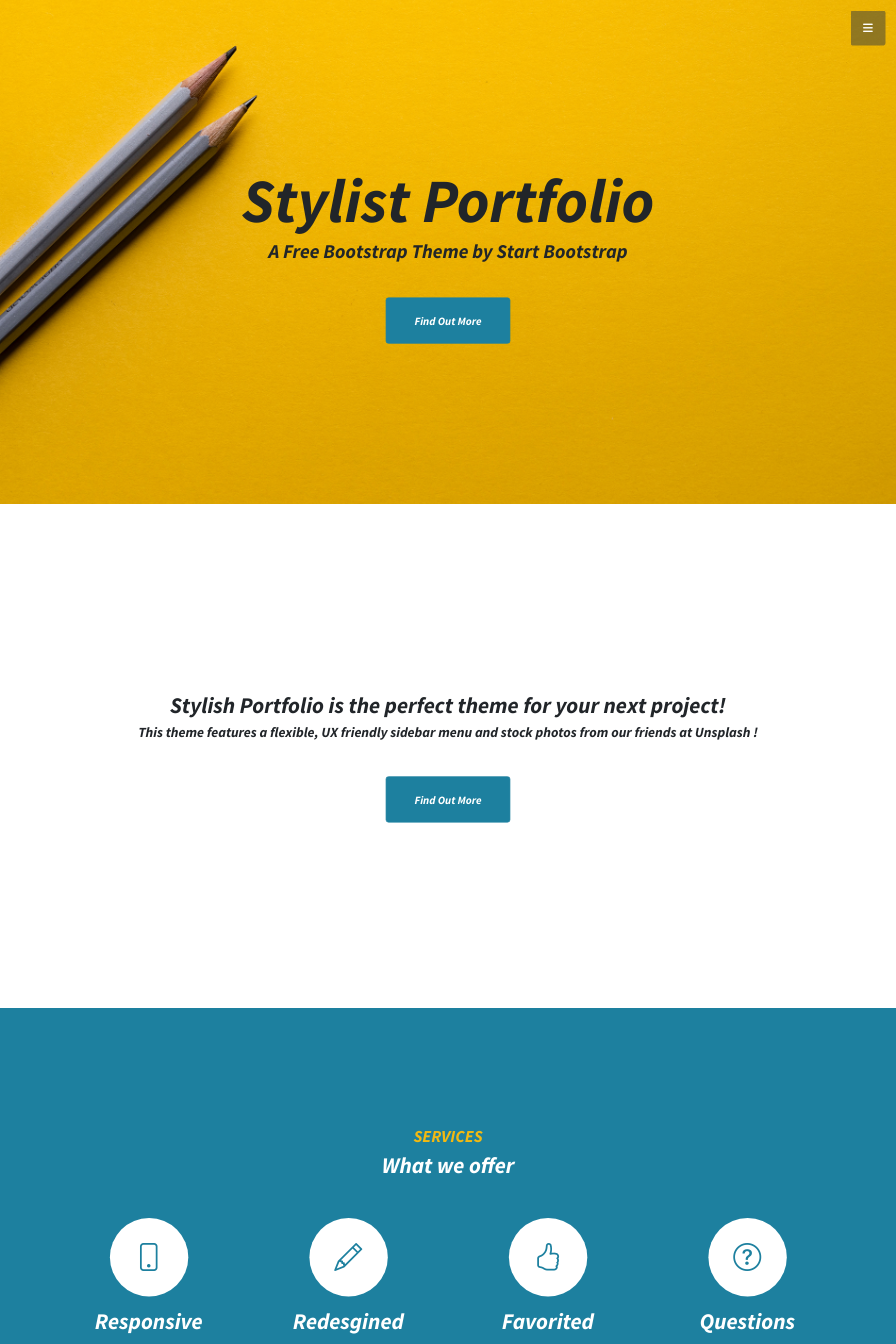
Repository: hoangpino/VE_FE_FrameWork_005
Page: lab06/index.html
These files come from the project's save history. The page is drawn as it stood at one moment and after the next save; the edit follows.
The browser window is 1280 px wide. The pictures show the part of the page from y = 0 to 1920 px (the page is 3900 px tall), at 70% of full size.
Backgrounds fixed to the window are drawn as part of the page.

Above is the page before, as saved 2021-10-05 19:35:33.

### lab06/index.html
<!DOCTYPE html>
<html lang="en">

<head>
    <meta charset="UTF-8">
    <meta http-equiv="X-UA-Compatible" content="IE=edge">
    <meta name="viewport" content="width=device-width, initial-scale=1.0">
    <title>Portfolio</title>
    <link rel="stylesheet" href="./css/style.css" type="text/css" />
    <link rel="icon" href="./img/schools.png" />
    <link href="https://cdn.jsdelivr.net/npm/bootstrap@5.1.1/dist/css/bootstrap.min.css"
        rel="stylesheet"
        integrity="sha384-F3w7mX95PdgyTmZZMECAngseQB83DfGTowi0iMjiWaeVhAn4FJkqJByhZMI3AhiU"
        crossorigin="anonymous" />
    <link rel="stylesheet"
        href="https://cdnjs.cloudflare.com/ajax/libs/font-awesome/6.0.0-beta2/css/all.min.css" />
    <link rel="preconnect" href="https://fonts.googleapis.com">
    <link rel="preconnect" href="https://fonts.gstatic.com" crossorigin>
    <link
        href="https://fonts.googleapis.com/css2?family=Source+Sans+Pro:ital,wght@1,700&display=swap"
        rel="stylesheet" />
    <link rel="stylesheet"
        href="https://cdn.jsdelivr.net/npm/bootstrap-icons@1.5.0/font/bootstrap-icons.css">
</head>

<body>
    <a href="" class="menu-toggle rounded" hef="#" data-bs-toggle="offcanvas"
        data-bs-target="#offcanvas-right" aria-controls="offcanvas-right">
        <i class="fas fa-bars"></i>
    </a>
    <div class="offcanvas offcanvas-end" tabindex="-1" aria-labelledby="offcanvas-right-lable"
        id="offcanvas-right">
        <div class="offcanvas-header">
            <h5 id="offcanvas-right-label">Start Bootstrap</h5>
            <button type="button" class="btn-close btn-close-white text-reset"
                data-bs-dismiss="offcanvas" aria-label="Close"></button>
        </div>
        <div class="offcanvas-body">
            <ul class="sidebar-nav">
                <li class="sidebar-nav-item"><a href="#home">Home</a></li>
                <li class="sidebar-nav-item"><a href="#about">About</a></li>
                <li class="sidebar-nav-item"><a href="#services">Services</a></li>
                <li class="sidebar-nav-item"><a href="#callout">Callout</a></li>
                <li class="sidebar-nav-item"><a href="#portfolio">Portfolio</a></li>
                <li class="sidebar-nav-item"><a href="#">Contacts</a></li>
            </ul>
        </div>
    </div>

    <!-- Header -->
    <header class="d-flex align-items-center" id="home">
        <div class="container text-center">
            <h1 class="m-1">Stylist Portfolio</h1>
            <h3 class="mb-5">A Free Bootstrap Theme by Start Bootstrap </h3>
            <a href="" class="btn btn-primary btn-xl">Find Out More</a>
        </div>
    </header>

    <!-- About -->
    <section class="d-flex align-items-center" id="about">
        <div class="container text-center">
            <h2 class="m-1">Stylish Portfolio is the perfect theme for your next project!</h2>
            <p class="mb-5">This theme features a flexible, UX friendly sidebar menu and stock
                photos from our friends at Unsplash !</p>
            <a href="" class="btn btn-primary btn-xl">Find Out More</a>
        </div>
    </section>

    <!-- Services -->
    <section class="d-flex align-items-center" id="services">
        <div class="container text-center">
            <div class="section-header">
                <h4>Services</h4>
                <h2>What we offer</h2>
            </div>
            <div class="row">
                <div class="col-lg-3 col-md-6 mt-5">
                    <span class="services-icon mx-auto mb-3"><i class="bi bi-phone"></i></span>
                    <h2>Responsive</h2>
                    <p>Looks great on any screent size!</p>
                </div>
                <div class="col-lg-3 col-md-6 mt-5">
                    <span class="services-icon mx-auto mb-3"><i class="bi bi-pencil"></i></span>
                    <h2>Redesgined</h2>
                    <p>Freshly Redesgined for Bootstrap</p>
                </div>
                <div class="col-lg-3 col-md-6 mt-5">
                    <span class="services-icon mx-auto mb-3"><i
                            class="bi bi-hand-thumbs-up"></i></span>
                    <h2>Favorited</h2>
                    <p>Millions of users &hearts; Start Bootstrap!</p>
                </div>
                <div class="col-lg-3 col-md-6 mt-5">
                    <span class="services-icon mx-auto mb-3"><i
                            class="bi bi-question-circle"></i></span>
                    <h2>Questions</h2>
                    <p>Mustache you a question</p>
                </div>
            </div>
        </div>
    </section>

    <!-- Callout -->
    <section class="d-flex aglin-items-center" id="callout">
        <div class="container px-4 px-lg-5 text-center">
            <h1 class="mb-5">Wellcome to <em>you</em> next website</h1>
            <a href="#" class="btn btn-primary btn-xl">Download now</a>
        </div>
    </section>

    <!-- Portfolior -->
    <section class="d-flex align-items-center" id="portfolio">
        <div class="container px-4 px-lg-5 text-center">
            <div class="section-heading">
                <h4 class="m-1">Portfolio</h4>
                <h2 class="mb-5">Recent Projects</h2>
            </div>
            <div class="row gx-0">
                <div class="col-lg-6">
                    <a href="#" class="portfolio-item">
                        <div class="caption">
                            <div>Stationary</div>
                            <p>A yellow pencil with envelopes on a clean, blue backdrop.</p>
                        </div>
                        <img src="./img/portfolio-1.jpg">
                    </a>
                </div>
                <div class="col-lg-6">
                    <a href="#" class="portfolio-item">
                        <div class="caption">
                            <div>Ice Cream</div>
                            <p>A dark blue background with a colored pencil, a clip, and a tiny ice
                                cream cone!</p>
                        </div>
                        <img src="./img/portfolio-2.jpg">
                    </a>
                </div>
                <div class="col-lg-6">
                    <a href="#" class="portfolio-item">
                        <div class="caption">
                            <div>Strawberries</div>
                            <p>Strawberries are such a tasty snack, especially with a little sugar
                                on top!</p>
                        </div>
                        <img src="./img/portfolio-3.jpg">
                    </a>
                </div>
                <div class="col-lg-6">
                    <a href="#" class="portfolio-item">
                        <div class="caption">
                            <div>Workspace</div>
                            <p>A yellow workspace with some scissors, pencils, and other objects</p>
                        </div>
                        <img src="./img/portfolio-4.jpg">
                    </a>
                </div>
            </div>
        </div>
    </section>

    <script src="https://cdn.jsdelivr.net/npm/bootstrap@5.1.1/dist/js/bootstrap.bundle.min.js"
        integrity="sha384-/bQdsTh/da6pkI1MST/rWKFNjaCP5gBSY4sEBT38Q/9RBh9AH40zEOg7Hlq2THRZ"
        crossorigin="anonymous"></script>
</body>

</html>

### lab06/css/style.css
:root {
    --color-green: #1d809f;
    --color-green-dark:rgb(15, 64, 78);
    --color-dark:#343a40;
    --color-yellow: #f2b912;
}

body {
    font-family: 'Source Sans Pro', sans-serif !important;
}

* {
    margin: 0;
    padding: 0;
}
.menu-toggle {
    position: fixed;
    width: 50px;
    height: 50px;
    color: #fff;
    background-color: rgba(52,58,64,0.5);
    text-align: center;
    line-height: 50px;
    right: 15px;
    top: 15px;
}

.menu-toggle:hover {
    background-color: var(--color-dark);
    color: #fff;
}

.offcanvas {
    background-color: var(--color-green) !important;
    color: #fff;
    width: 250px;

}

.offcanvas ul {
    list-style: none;
    margin : 0;
    padding: 0;
}

.offcanvas a {
    color: #fff;
    display: block;
    padding: 15px;
    text-decoration: none;

}

.offcanvas a:hover {
    background-color: rgba(52, 58, 64, 0.2);
    color: #fff;
}

.offcanvas-body {
    padding: 0 !important;
    margin: 0;

}

.offcanvas-header {
    background-color: rgba(52, 58, 64, 0.1);
}

header {
    background: url(../img/bg-masthead.jpg);
    background-repeat: none;
    background-position: center center;
    background-size: cover;
    min-height: 100vh;
}

h1 {
    font-weight: 700 !important;
    font-size: 5.5rem !important;
}

h2 {
    font-weight: 700 !important;
    font-style: 2.0rem !important;
}

h3 {
    font-weight: 700 !important;
    font-style: 1.75rem !important;
    font-style: italic;
}

h4 {
    font-weight: 700;
    font-size: 1.0rem;
    text-transform: uppercase;
    color: var(--color-yellow);
}

p {
    font-weight: 300 !important;
    font-size: 1.25em;
}

.btn-primary {
    background-color: var(--color-green) !important;
    border-color: var(--color-green) !important;
}

.btn-primary:active, .btn-primary:hover {
    background-color: var(--color-green-dark) !important;
    border-color: var(--color-green-dark) !important;
}

.btn-xl {
    padding: 1.25em 2.5em !important;
}

#about {
    min-height: 100vh;
}

#services {
    min-height: 100vh;
    background-color: var(--color-green);
    color: #fff;
}

.services-icon {
    background-color:#fff !important;
    color: var(--color-green);
    height:7rem;
    width: 7rem;
    display: block;
    line-height: 7rem;
    text-align: center;
    font-size: 2.5em;
    border-radius: 50%;
}

#callout {
    min-height: 100vh;
    background: url(../img/bg-callout.jpg);
    background-repeat: none;
    background-position: top center;
    background-size: cover;
    background-attachment: fixed;
}

#portfolio {
    min-height: 100vh;
    padding: 100px 0;
}

.portfolio-item {
    margin: 0;
    text-decoration: none;
    display: block;
    position: relative;
    overflow: hidden;
}

.portfolio-item img {
    transition: clip-path 0.25s ease-out, -webkit-transform 0.25s ease-out;
    -webkit-clip-path: inset(-1px);
    clip-path: inset(-1px);
    max-width: 100%;
}

.portfolio-item:hover img {
    -webkit-clip-path: inset(2rem);
    clip-path: inset(2rem);
}

.portfolio-item:hover .caption {
    -webkit-clip-path: inset(2rem);
    clip-path: inset(2rem);
    background-color: rgba(33, 37, 41,0.75);
    padding: 10px 50px;
}

.caption {
    height: 100%;
    width: 100%;
    position: absolute;
    top: 0;
    bottom: 0;
    background-color: rgba(33, 37, 41, 0.2);
    color: #fff;
    text-align: left;
    padding: 50px;
    z-index: 1;
    font-size: 1rem;

    transition: background-color 0.7s, webkit-clip-path 0.25s ease-out;
    transition: clip-path 0.25s ease-out, background-color 0.7s;
    transition: clip-path 0.25s ease-out, background-color 0.7s, -webkit-clip-path 0.25s ease-out;
    -webkit-clip-path: inset(0px);
    clip-path: inset(0px);

}

.caption div {
    margin-top: 12rem;
    text-transform: uppercase;
    font-weight: 700;
}

After the next save:
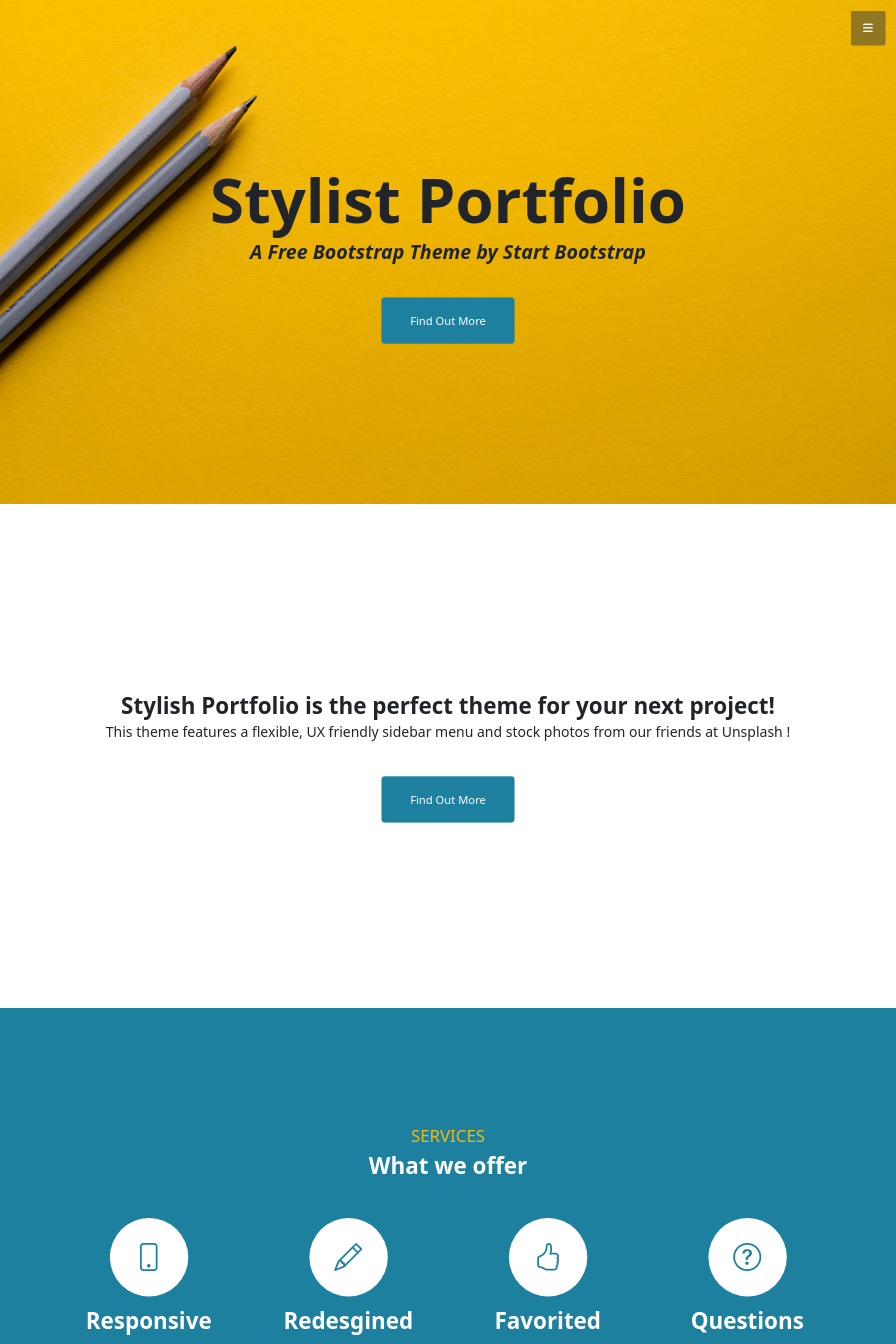
Saved 16 min 15 s later.
--- a/lab06/css/style.css
+++ b/lab06/css/style.css
@@ -6,7 +6,7 @@
 }
 
 body {
-    font-family: 'Source Sans Pro', sans-serif !important;
+    font-family: 'Source Sans Pro', sans-serif;
 }
 
 * {

After the save that followed:
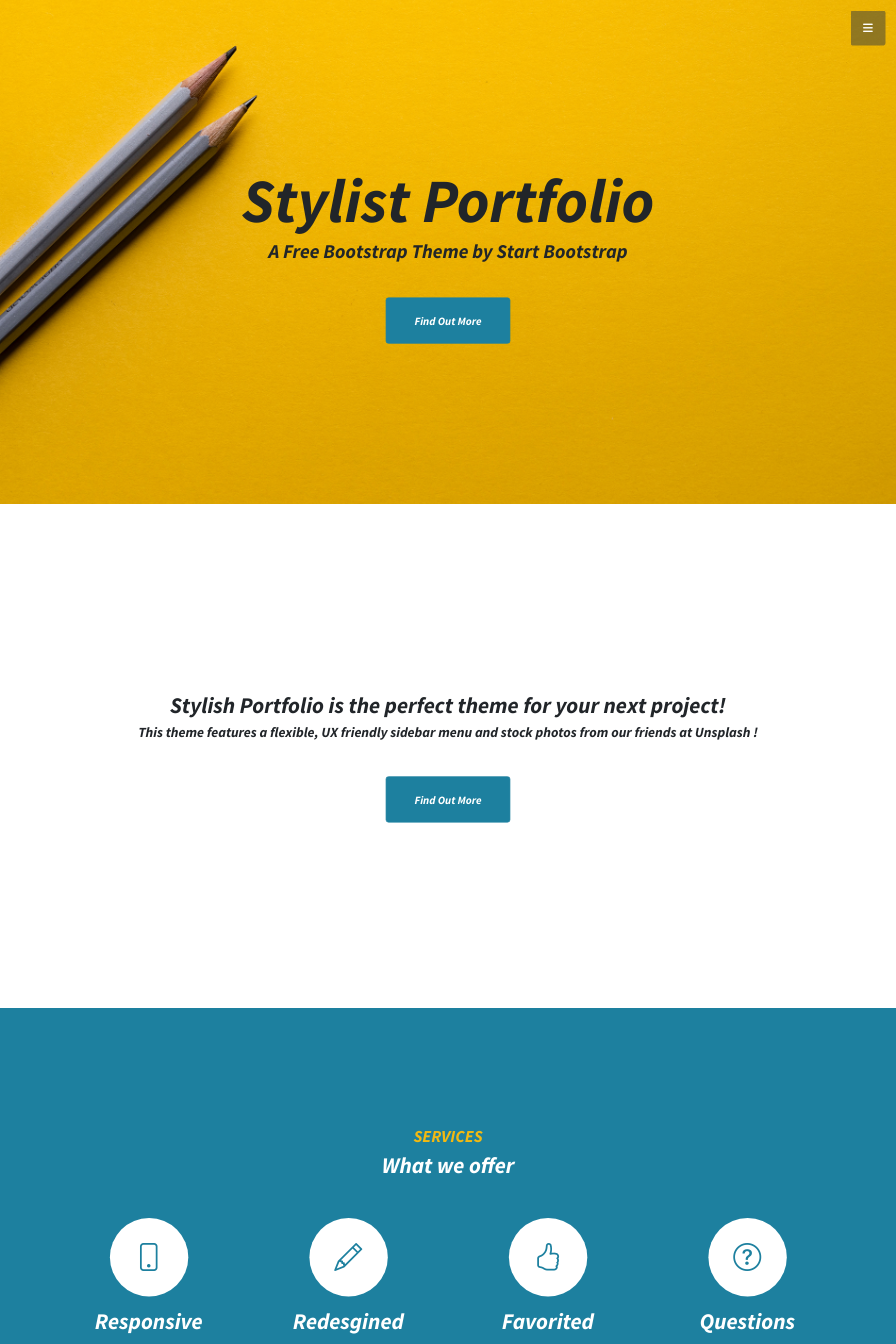
Saved 15 s later.
--- a/lab06/css/style.css
+++ b/lab06/css/style.css
@@ -6,7 +6,7 @@
 }
 
 body {
-    font-family: 'Source Sans Pro', sans-serif;
+    font-family: 'Source Sans Pro', sans-serif !important;
 }
 
 * {
